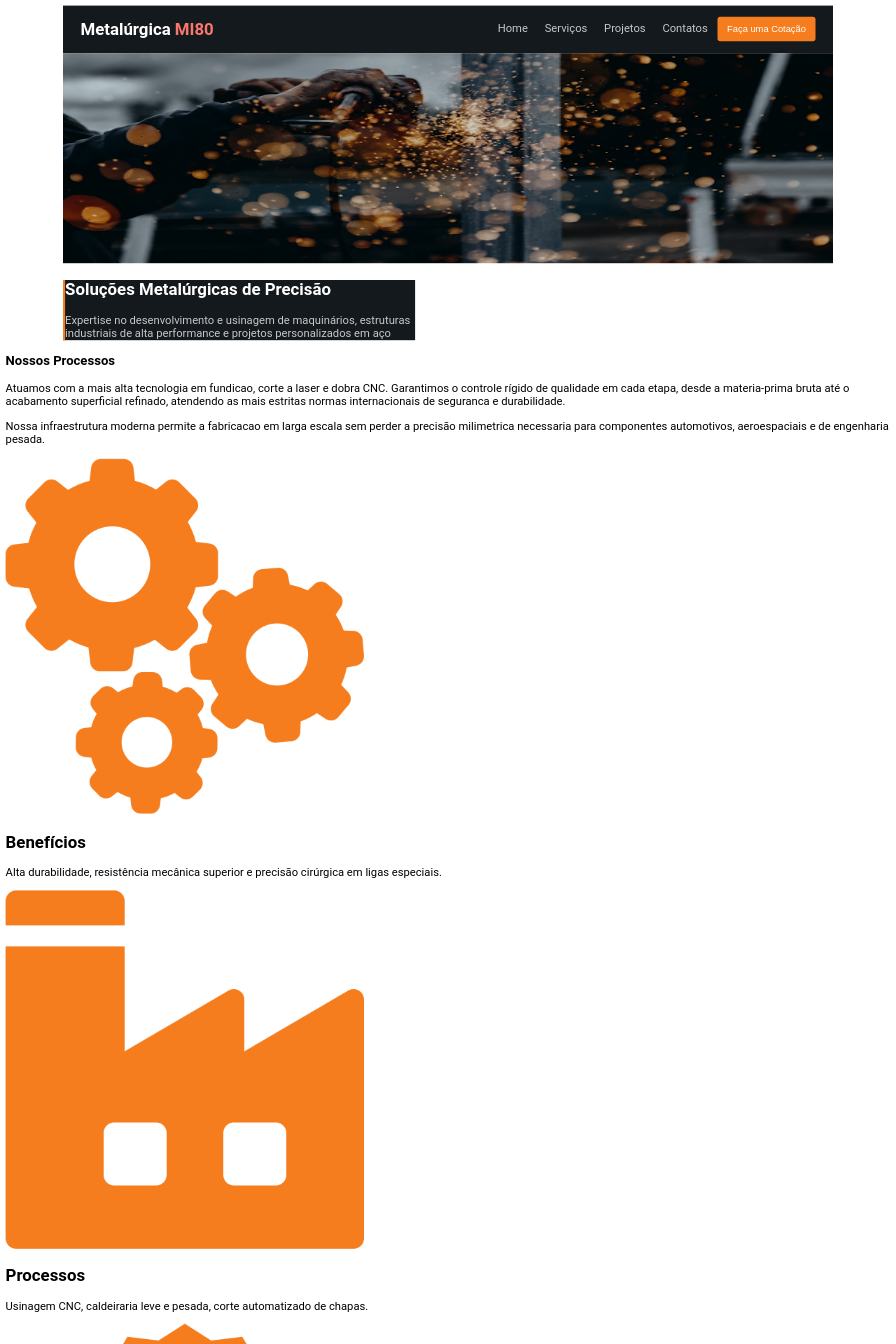
Repository: guiCherpinski/landing-page-metalurgica
Page: index.html
An editor plug-in stored every save of this project. The page is shown before and after the next save, followed by the edit.
The browser window is 1280 px wide. The pictures show the part of the page from y = 0 to 1920 px (the page is 5860 px tall before and 5916 px after), at 70% of full size.

Above is the page before, as saved 2026-06-03 20:02:13.

After the next save:
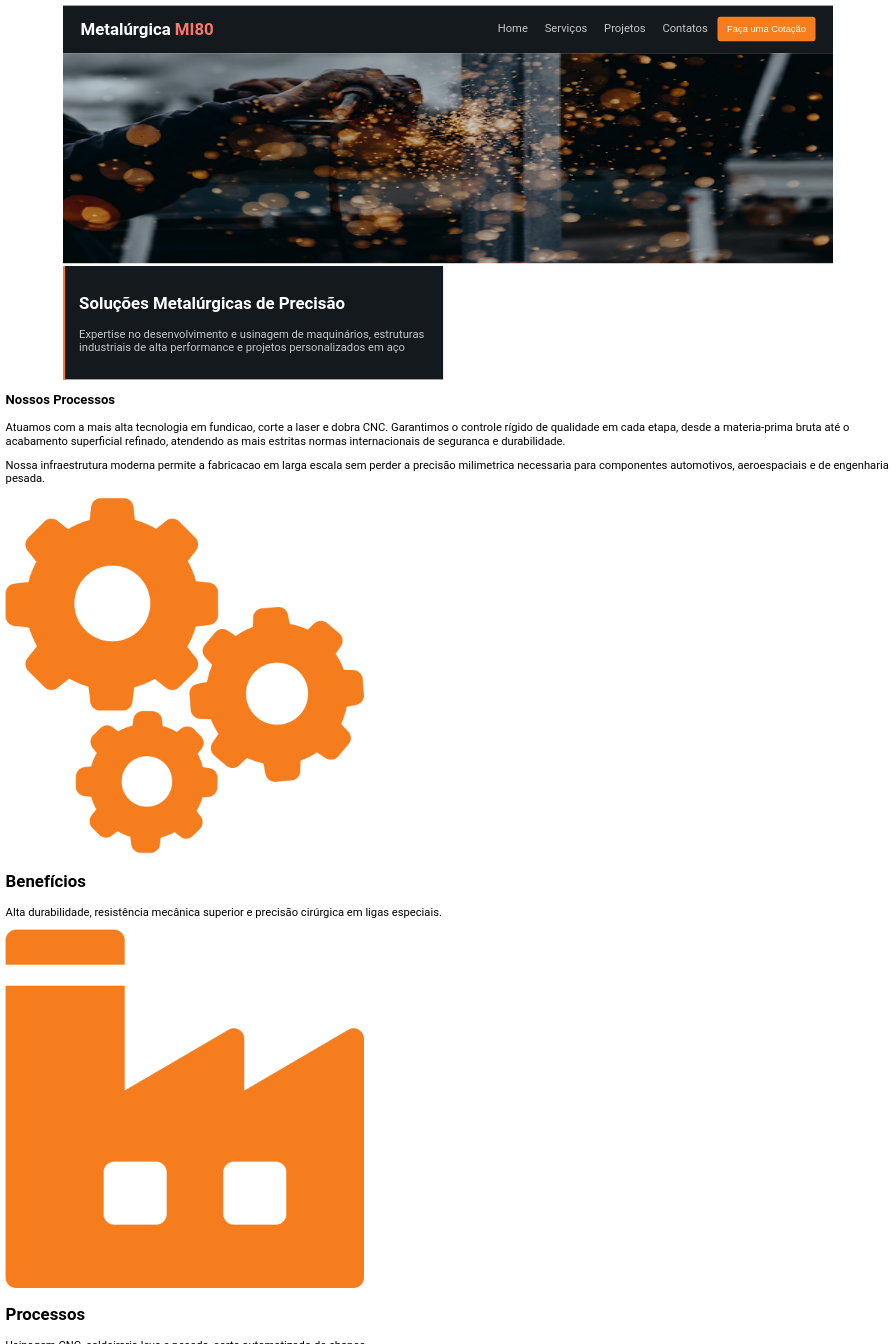
Saved 5 s later.
--- a/style.css
+++ b/style.css
@@ -56,7 +56,7 @@ header button:hover{
     background: #14191E;
     border-left: 3px solid #F57D1E;
     width: 500px;
-    height: ;
+    padding: 20px;
 }
 
 .text-hero h2{
